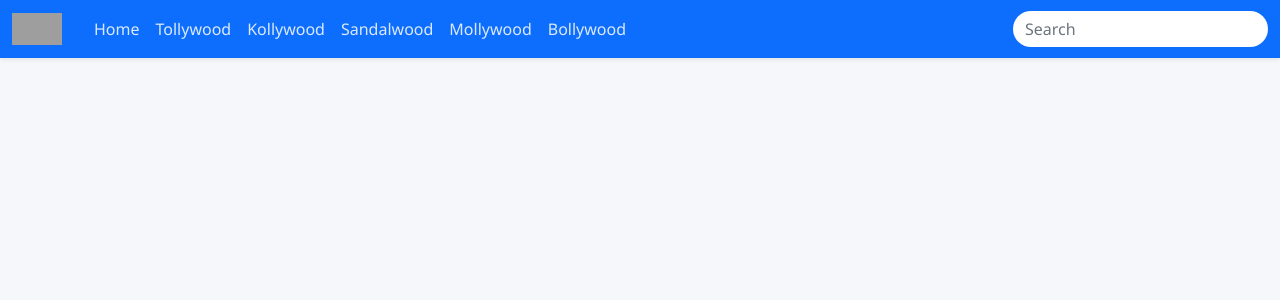
Repository: chandu7777158/Movies_spot
Page: /
The author's editor kept a copy of each file at every save. The page is drawn from the files as they stood at one save, then again after a run of saves.
The browser window is 1280 px wide. The pictures show the whole page.
Pictures or frames that could not be fetched are drawn as grey boxes. The project was rebuilt for these pictures with package versions that can differ from the ones it lists, and the page was loaded fresh each time. Also part of the build but not shown: vite.config.js.

Above is the page before, as saved 2026-01-23 10:07:55.

After the next 3 saves:
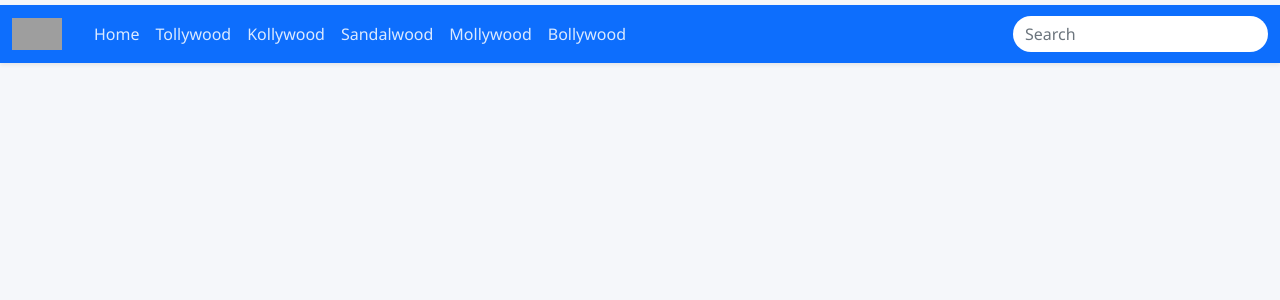
The 3 saves are shown as one change because they came seconds apart.
The last was saved 8 s later.
--- a/src/index.css
+++ b/src/index.css
@@ -4,7 +4,7 @@ body {
     min-height: 100vh;
     margin: 0;
     /* This padding prevents content from hiding behind the navbar */
-    padding-top: 0px;
+    padding-top: 5px;
     font-family: 'Segoe UI', sans-serif;
 }
 
